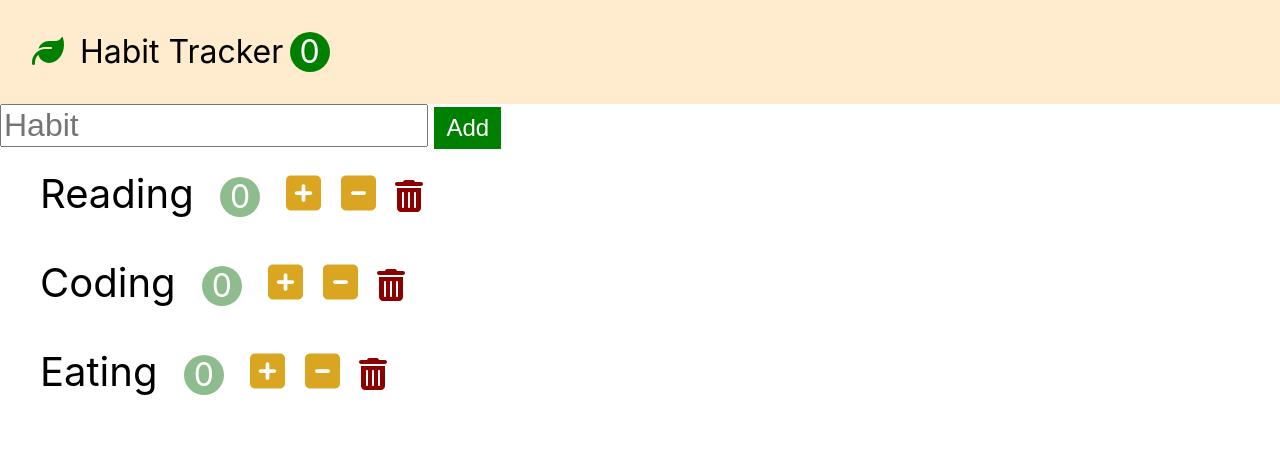
Repository: parkhyeonki/habit_tracker
Page: /
These files come from the project's save history. The page is drawn as it stood at one moment and after the next save; the edit follows.
The browser window is 1280 px wide. The pictures show the whole page.
The project was rebuilt for these pictures with package versions that can differ from the ones it lists, and the page was loaded fresh each time.

Above is the page before, as saved 2022-02-28 14:26:48.

After the next save:
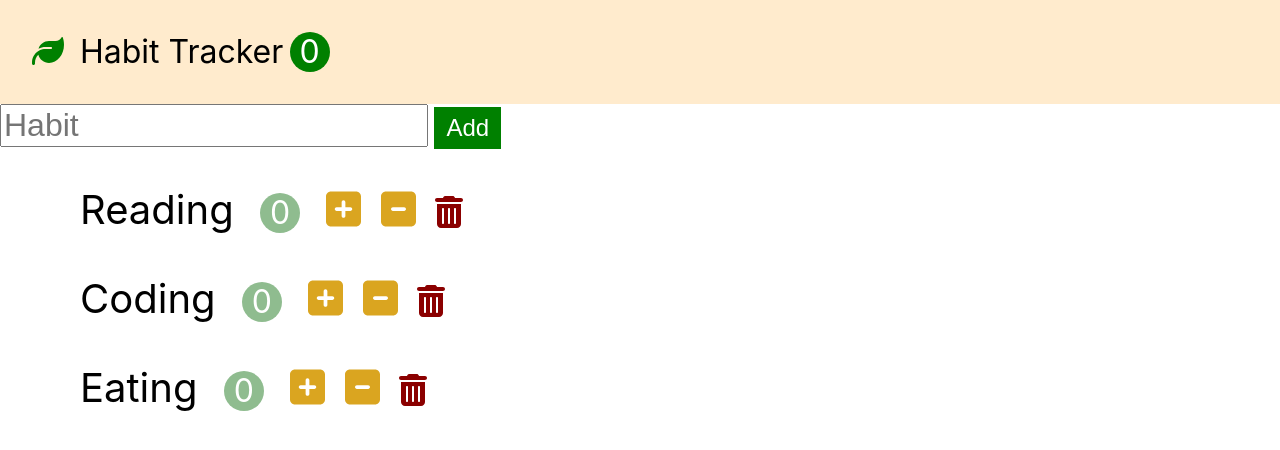
Saved 83 s later.
--- a/src/components/habits.jsx
+++ b/src/components/habits.jsx
@@ -2,7 +2,13 @@ import React from "react";
 import Habit from "./habit";
 
 const Habits = (props) => {
-  return props.habits.map((habit) => <Habit habit={habit} />);
+  return (
+    <ul>
+      {props.habits.map((habit) => (
+        <Habit habit={habit} />
+      ))}
+    </ul>
+  );
 };
 
 export default Habits;
